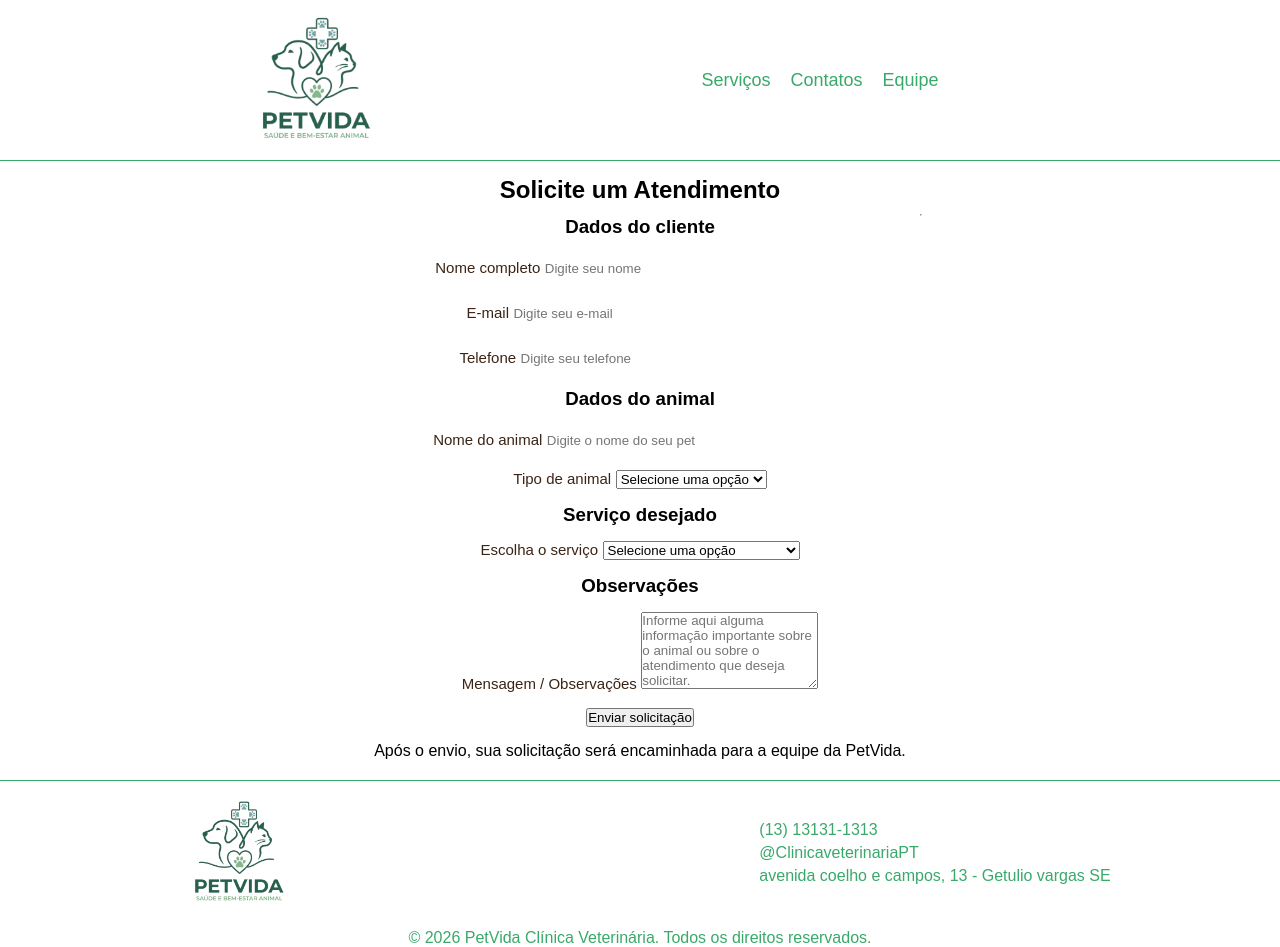
Repository: antonymsantana-design/Veterinario
Page: contatos.html
These files come from the project's save history. The page is drawn as it stood at one moment and after the next save; the edit follows.
The browser window is 1280 px wide. The pictures show the whole page.

Above is the page before, as saved 2026-10-03 18:56:05.

### contatos.html
<!doctype html>
<html lang="pt-br">
  <head>
    <meta charset="UTF-8" />
    <meta name="viewport" content="width=device-width, initial-scale=1.0" />
    <title>Cebola Hair</title>
    <link rel="stylesheet" href="style.css" />
    <script src="script3.js" defer></script>
  </head>
  <header>
    <div class="conteudoH" id="conteudoH">
      <div class="imagem" id="imagem">
        <img src="image/logo.png" alt="logo" class="logoIMG" id="logoIMG" />
      </div>
      <div class="direitaH">
        <div class="links" id="links">
          <a href="serviços.html" class="aLinks" id="servA">Serviços</a>
          <a href="CONTATOS.HTML" class="aLinks" id="contatosA">Contatos</a>
          <a href="Team.html" class="aLinks" id="contatosA">Equipe</a>
        </div>
      </div>
    </div>
  </header>

  <body>
    <h2 class="Our" id="servicosT">Solicite um Atendimento</h2>
    <hr />

    <div class="context">
    <form
      action="https://formsubmit.co/antony.m.santana@aluno.senai.br"
      method="POST"
    >
      <input type="hidden" name="_subject" value="Nova solicitação - PetVida" />
      <input type="hidden" name="_template" value="table" />

      <h3>Dados do cliente</h3>

      <div class="campo">
        <label for="nome">Nome completo</label>
        <input
          type="text"
          name="nome"
          id="nome"
          placeholder="Digite seu nome"
          required
        />
      </div>

      <div class="campo">
        <label for="email">E-mail</label>
        <input
          type="email"
          name="email"
          id="email"
          placeholder="Digite seu e-mail"
          required
        />
      </div>

      <div class="campo">
        <label for="telefone">Telefone</label>
        <input
          type="tel"
          name="telefone"
          id="telefone"
          placeholder="Digite seu telefone"
          required
        />
      </div>

      <h3>Dados do animal</h3>

      <div class="campo">
        <label for="animal">Nome do animal</label>
        <input
          type="text"
          name="animal"
          id="animal"
          placeholder="Digite o nome do seu pet"
          required
        />
      </div>

      <div class="campo">
        <label for="tipo">Tipo de animal</label>

        <select name="tipo_animal" id="tipo" required>
          <option value="">Selecione uma opção</option>
          <option value="Cachorro">Cachorro</option>
          <option value="Gato">Gato</option>
          <option value="Outro">Outro</option>
        </select>
      </div>

      <h3>Serviço desejado</h3>

      <div class="campo">
        <label for="servico">Escolha o serviço</label>

        <select name="servico" id="servico" required>
          <option value="">Selecione uma opção</option>
          <option value="Consulta veterinária">Consulta veterinária</option>
          <option value="Vacinação">Vacinação</option>
          <option value="Banho e tosa">Banho e tosa</option>
          <option value="Exames laboratoriais">Exames laboratoriais</option>
          <option value="Atendimento de emergência">
            Atendimento de emergência
          </option>
          <option value="Acompanhamento veterinário">
            Acompanhamento veterinário
          </option>
        </select>
      </div>

      <h3>Observações</h3>

      <div class="campo">
        <label for="mensagem">Mensagem / Observações</label>

        <textarea
          name="mensagem"
          id="mensagem"
          rows="5"
          placeholder="Informe aqui alguma informação importante sobre o animal ou sobre o atendimento que deseja solicitar."
        ></textarea>
      </div>

      <input
        type="hidden"
        name="_next"
        value="http://127.0.0.1:5500/sucsses.html"
      />

      <button type="submit" class="buto">Enviar solicitação</button>

      <p class="texto-form">
        Após o envio, sua solicitação será encaminhada para a equipe da PetVida.
      </p>
    </form>
    </div>
  </body>
  <footer id="footer">
    <div class="cimaF">
      <div class="direita">
        <img src="image/logo.png" alt="logo" class="logoIMGF" id="logoIMG" />
      </div>

      <div class="esquerda">
        <p>(13) 13131-1313</p>
        <p>@ClinicaveterinariaPT</p>
        <p>avenida coelho e campos, 13 - Getulio vargas SE</p>
      </div>
    </div>
    <div class="baixoF">
      <p>© 2026 PetVida Clínica Veterinária. Todos os direitos reservados.</p>
    </div>
  </footer>
</html>

### style.css
* {
    padding: 0px;
    margin: 0px;
    font-family: Arial, Helvetica, sans-serif;
}

header {
    background-color: #FFFFFF;
    height: 160px;
    display: flex;
    justify-content: center;
    align-items: center;
    border-bottom: 1px solid #39A96B;
}

.conteudoH {
    display: flex;
    justify-content: center;
    align-items: center;
    gap: 300px;
}

.imagem {
    margin-left: 20px;
    margin-top: 5px;
    display: flex;
    justify-content: center;
    align-items: center;
    gap: 30px;
    font-weight: 600;
    font-size: 22px;
}

.logoIMG {
    width: 170px;
    margin-bottom: 10px;
    cursor: pointer;
}

.logoH {
    color: white;

}

.links {
    display: flex;
    gap: 20px;
    justify-content: center;
    padding-right: 130px;
    font-size: 18px;
}

.links a {
    text-decoration: none;
    color: #39A96B;
    transition: 0.5s ease;
}

.aLinks:hover {
    transform: translateY(-5px);
    box-shadow: 0 4px 10px rgba(0, 0, 0, 0.15);
    background-color: #39A96B;
    color: #F5F5F5;
    border-radius: 5px;
    width: 120px;
    height: 30px;
    display: flex;
    justify-content: center;
    align-items: center;
}

.btnDiv {
    display: flex;
}

.btn {
    display: flex;
    justify-content: center;
    width: 140px;
    height: 50px;
    background-color: #22C55E;
    border: none;
    color: white;
    align-items: center;
    border-radius: 8px;
    transition: 0.3s ease;
    cursor: pointer;
    font-size: 14px;
}

.btn:hover {
    transform: translateY(-5px);
    box-shadow: 0 8px 15px rgba(0, 0, 0, 0.4);
}

.direitaH {
    display: flex;
    justify-content: center;
    align-items: center;
}

.conteudo {
    background-image: url(image/Cuidando\ de\ Quem\ Amamos.png);
    background-repeat: no-repeat;
    background-size: cover;
    background-position: center;
    height: 80vh;
    color: white;
}

.card {
    background-color: #FDEEC7;
    width: 270px;
    height: 220px;
    display: flex;
    flex-direction: column;
    justify-content: center;
    align-items: center;
    border-radius: 5px;
}

.cards {
    display: flex;
    justify-content: center;
    gap: 40px;
    padding-top: 20px;
    padding-bottom: 20px;
}

.card h4 {
    color: #22C55E;
}

.icone {
    width: 120px;
    height: 120px;
    padding-bottom: 10px;
}

.Our {
    padding-top: 15px;
    text-align: center;
    padding-bottom: 10px;
}

hr {
    color: #22C55E;
    text-align: center;
    margin-left: 920px;
    margin-right: 920px;
}

.agendar {
    display: flex;
    justify-content: space-around;
    align-items: center;
    padding-bottom: 20px;
}

.form {
    background-color: #ECF2F7;
    width: 600px;
    height: 300px;
    border-radius: 7px;
    display: flex;
    justify-content: center;
    flex-direction: column;
}

.formCima {
    padding-top: 20px;
    display: flex;
    justify-content: center;
    align-items: center;
    flex-direction: column;
}

.quadrado {
    display: grid;
    justify-content: center;
    grid-template-columns: repeat(2, 200px);
    gap: 30px;
    column-gap: 70px;
    margin-right: 40px;
}

.esq {
    font-size: 25px;
}

footer {
    display: flex;
    justify-content: center;
    align-items: center;
    flex-direction: column;
    background-color: #FFFFFF;
    color: #39A96B;
    border-top: 1px solid #39A96B;
}

.AbH2 {
    padding-left: 20px;
    padding-right: 20px;
    padding-bottom: 10px;
    padding-top: 10px;
    text-align: center;
}

.AbH3 {
    padding-left: 20px;
    padding-right: 20px;
    padding-bottom: 10px;
    padding-top: 10px;
    text-align: center;
    margin-left: 425px;
    margin-right: 425px;
}

.topc {
    display: flex;
    justify-content: center;
    align-items: center;
    flex-direction: column;
    text-align: center;
    max-width: 350px;
}

.topics {
    display: flex;
    justify-content: center;
    gap: 100px;
    padding-bottom: 25px;
}

.topcIMG {
    width: 290px;
    height: 260px;
    border-radius: 25px;
    cursor: pointer;
    padding-bottom: 10px;
    padding-top: 10px;
}

.topcH {
    padding-bottom: 10px;
}

.cimaF {
    display: flex;
    justify-content: center;
    gap: 450px;
    align-items: center;
    margin-bottom: 4px;
}

.logoIMGF {
    width: 140px;
    cursor: pointer;
}

.esquerda {
    display: flex;
    flex-direction: column;
    gap: 5px;
}

.formu {
    width: 240px;
    height: 30px;
    border-radius: 5px;
    border: none;
}

.forms {
    width: 500px;
    height: 30px;
    border-radius: 5px;
    border: none;
}

.agendarbtn {
    display: flex;
    justify-content: center;
    align-items: center;
    width: 512px;
    height: 40px;
    background-color: #22C55E;
    border: none;
    color: white;
    border-radius: 8px;
    transition: 0.3s ease;
    cursor: pointer;
    margin-top: 15px;
}

.agendarbtn:hover {
    transform: translateY(-5px);
}

.btnAgendar {
    display: flex;
    justify-content: center;
    align-items: center;
}

/*pagina de serviços*/

.primeiro{
    background-color: #F0F9F4;
    width: 300px;
    padding-bottom: 13px;
    margin-left: 20px;
    text-align: center;
    padding-top: 13px;
    flex-wrap: wrap;
    border-radius: 15px;
}

.cards{
    display: grid;
    justify-content: center;
    grid-template-columns: repeat(3, 400px);
    gap: 50px;
    padding-bottom: 15px;

}
.cards .primeiro img{
    width: 250px;
    height: 250px;
    border-radius: 15px;
}
h1{
    text-align: center;
    margin-top: 20px;
    margin-bottom: 20px;
}
.texto{

    color: #3C2415;
}
.preco{
    color: #e4c8a4;
}

form{
    display: flex;
    justify-content: center;
    align-items: center;
    flex-direction: column;
    gap: 15px;
    padding-bottom: 20px;
}

.campos{
    width: 300px;
    height: 30px;
    border-radius: 5px;
    border: none;
}

label{
    font-size: 15px;
    color: #3C2415;
}

input{

    width: 300px;
    height: 30px;
    border-radius: 5px;
    border: none;
}

.context{
    display: flex;
    justify-content: center;
    align-items: center;
}
/* celular */

@media (max-width: 768px) {

    /* header */
    header {
        height: auto;
        padding: 10px 0;
    }

    .conteudoH {
        flex-direction: column;
        padding-right: 0;
        gap: 15px;
    }

    .imagem {
        margin-left: 0;
        margin-top: 0;
        gap: 10px;
    }

    .logoIMG {
        width: 80px;
        height: 80px;
    }

    .logoH {
        font-size: 20px;
    }

    .direitaH {
        flex-direction: column;
        gap: 15px;
    }

    .links {
        padding-right: 0;
        font-size: 16px;
    }


    .conteudo {
        height: 400px;
    }

    .texto {
        padding-left: 25px;
        padding-right: 25px;
        height: 400px;
        font-size: 25px;
    }

    .texto small {
        font-size: 14px;
    }


    .Our {
        font-size: 25px;
    }

    hr {
        margin-left: 30%;
        margin-right: 30%;
    }

    .cards {
        flex-direction: column;
        align-items: center;
        gap: 20px;
    }

    .card {
        width: 80%;
        max-width: 270px;
    }


    .agendar {
        flex-direction: column;
        gap: 30px;
        padding: 30px 20px;
    }

    .esq {
        font-size: 18px;
        text-align: center;
    }

    .esq h1 {
        font-size: 28px;
    }

    .esq p {
        font-size: 15px;
    }

    .form {
        width: 100%;
        max-width: 600px;
        height: auto;
        padding: 20px 0;
    }

    .forms {
        width: 80%;
    }

    .quadrado {
        grid-template-columns: 1fr;
        gap: 15px;
        margin-right: 0;
    }

    .formu {
        width: 80%;
    }

    .quadrado>div {
        width: 100%;
        text-align: center;
    }

    .quadrado label {
        display: block;
        margin-bottom: 5px;
    }

    .agendarbtn {
        width: 80%;
    }


    footer {
        flex-direction: column;
        gap: 20px;
        padding: 20px;
        text-align: center;
    }

    .esquerda {
        align-items: center;
    }
}

Loaded but not shown: script3.js (no stored copy; drawn as an empty file)

After the next save:
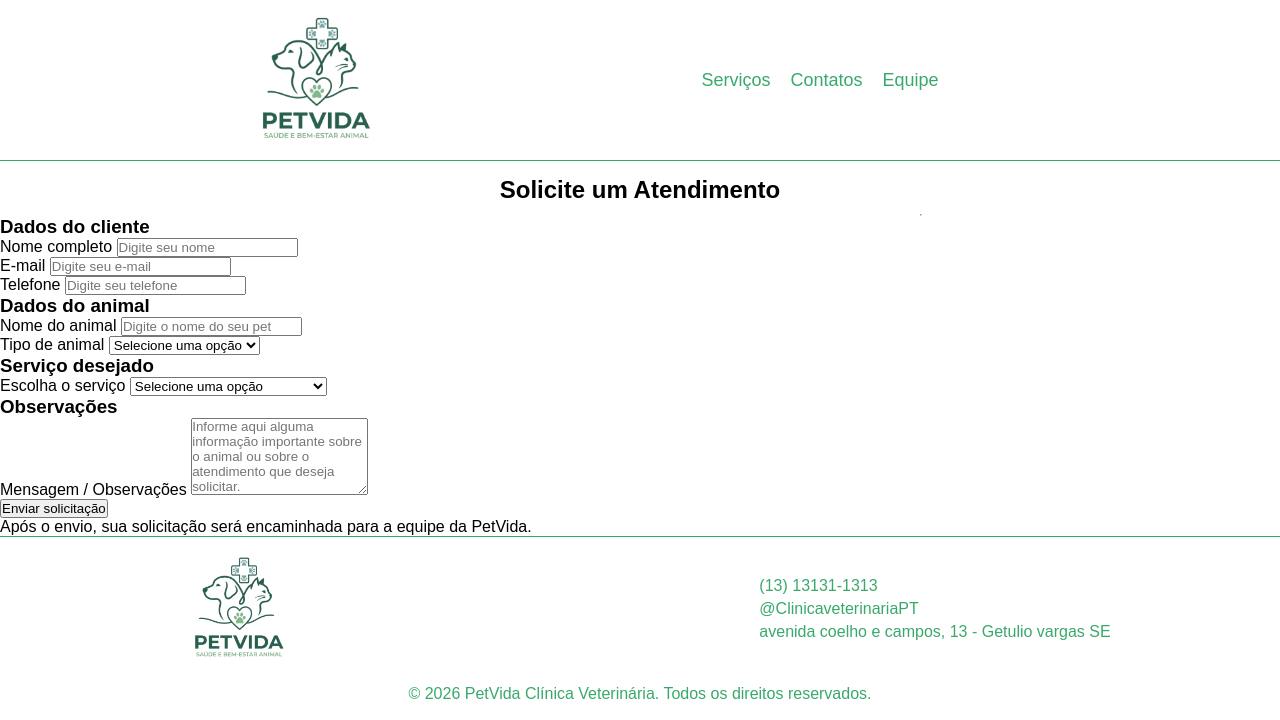
Saved 20 s later.
--- a/style.css
+++ b/style.css
@@ -342,40 +342,7 @@ h1{
     color: #e4c8a4;
 }
 
-form{
-    display: flex;
-    justify-content: center;
-    align-items: center;
-    flex-direction: column;
-    gap: 15px;
-    padding-bottom: 20px;
-}
-
-.campos{
-    width: 300px;
-    height: 30px;
-    border-radius: 5px;
-    border: none;
-}
-
-label{
-    font-size: 15px;
-    color: #3C2415;
-}
-
-input{
-
-    width: 300px;
-    height: 30px;
-    border-radius: 5px;
-    border: none;
-}
-
-.context{
-    display: flex;
-    justify-content: center;
-    align-items: center;
-}
+
 /* celular */
 
 @media (max-width: 768px) {
